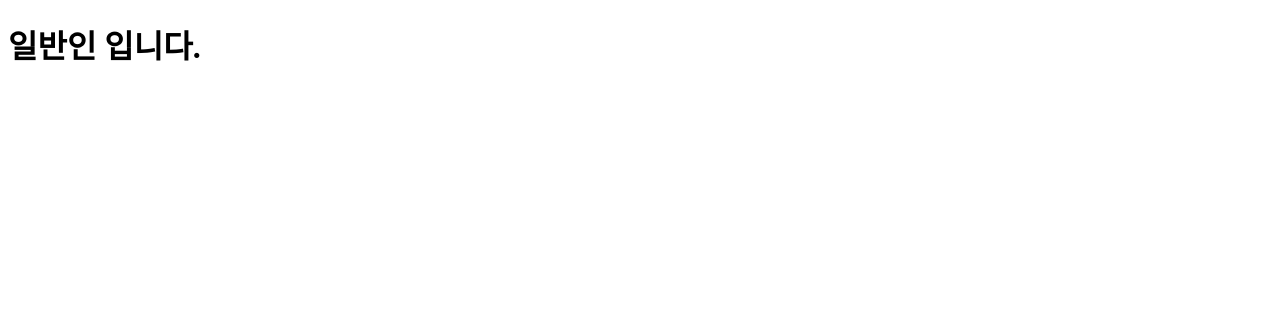
Repository: lee-ruru/jsp_practice
Page: http://localhost/JSPBasic/JspObject/4.objecttest/bus_adult.jsp
The author's editor kept a copy of each file at every save. The page is drawn from the files as they stood at one save, then again after the next save.
The browser window is 1280 px wide. The pictures show the whole page.
The page is served by Tomcat 9.

Above is the page before, as saved 2022-02-07 05:45:06.

After the next save:
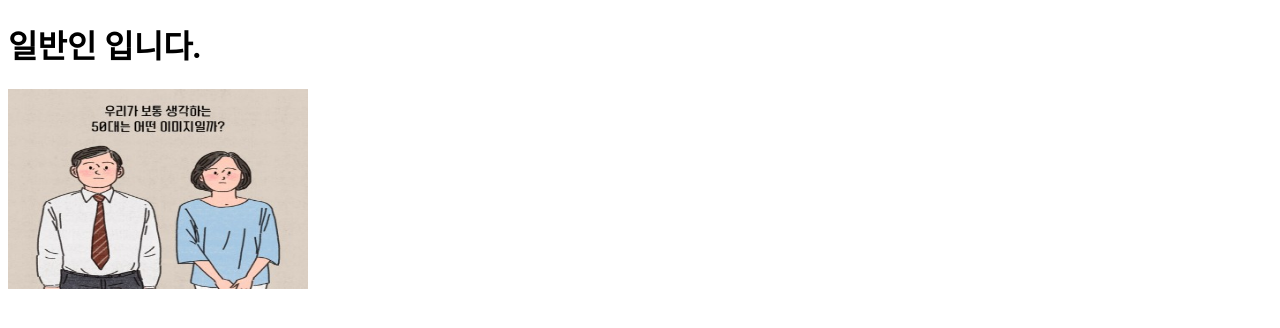
Saved 20 s later.
--- a/JSPBasic/src/main/webapp/JspObject/4.objecttest/bus_adult.jsp
+++ b/JSPBasic/src/main/webapp/JspObject/4.objecttest/bus_adult.jsp
@@ -8,5 +8,6 @@
 </head>
 <body>
 	<h1>일반인 입니다.</h1>
+	<img src="adult.jpg" width="300px" height="200px">
 </body>
 </html>
